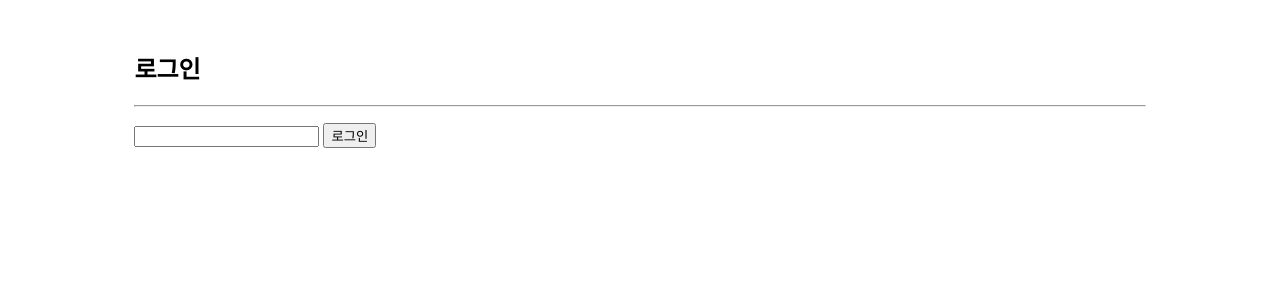
Repository: Yunkieun/jspworks
Page: http://localhost/jspwork2/cart/checkOut.jsp
An editor plug-in stored every save of this project. The page is shown before and after the next save, followed by the edit.
The browser window is 1280 px wide. The pictures show the whole page.
The page is served by Tomcat 9. Nobody is signed in. The application's start-up code is not run.

Above is the page before, as saved 2023-07-19 06:07:57.

After the next save:
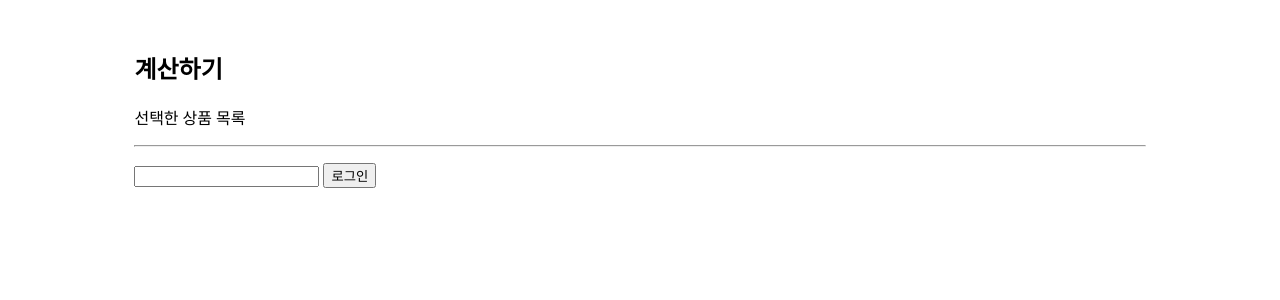
Saved 73 s later.
--- a/jspwork2/src/main/webapp/cart/checkOut.jsp
+++ b/jspwork2/src/main/webapp/cart/checkOut.jsp
@@ -9,7 +9,8 @@
 </head>
 <body>
 	<div id="container">
-		<h2>로그인</h2>
+		<h2>계산하기</h2>
+		<p>선택한 상품 목록</p>
 		<hr>
 
 		<form action="selProduct.jsp" method="post">
